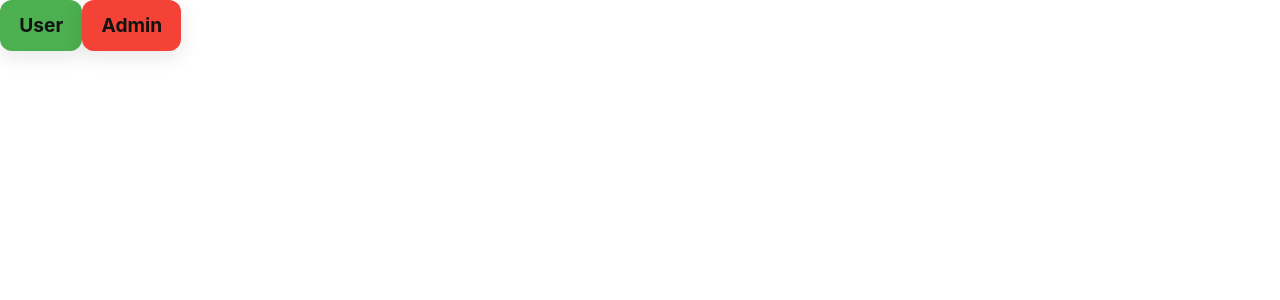
Repository: User826/Recipe
Page: /useradmin (app in recipe_project/)
An editor plug-in stored every save of this project. The page is shown before and after the next save, followed by the edit.
The browser window is 1280 px wide. The pictures show the whole page.
The project was rebuilt for these pictures with package versions that can differ from the ones it lists, and the page was loaded fresh each time. The framework's server and built-in components were replaced by stand-ins that run in the browser. Also part of the build but not shown: recipe_project/next.config.js, recipe_project/pages/users.module.css, recipe_project/components/users.js.

Above is the page before, as saved 2023-06-01 04:43:21.

### recipe_project/pages/useradmin.js
import { useState } from "react";
import {UserButton, AdminButton} from "../components/websitebuttons"
import Post from "../components/users"



export default function Useradmin() {
    const [isLoggedIn, setIsLoggedIn] = useState("");

    function handleLoginClick() {
        //this.setState({isLoggedIn: true});
        setIsLoggedIn("user")
      };

    function handleLogoutClick() {
        //this.setState({isLoggedIn: false});
        setIsLoggedIn("admin")
      }


    const isLoggedInVariable = isLoggedIn;
    let button;

    // if (isLoggedInVariable) {
    //     button = <LogoutButton onClick={handleLogoutClick} />;
    // } else {
    //     button = <LoginButton onClick={handleLoginClick} />;
    // }

    console.log(isLoggedInVariable)

    if (isLoggedInVariable == ""){
        return <div>
        {/* <Post></Post> */}
        <UserButton onClick ={handleLoginClick}/>
        <AdminButton onClick = {handleLogoutClick}/>

    </div>
    }
    else if (isLoggedInVariable == "user"){
        return <div>
                    <p>You are a user!</p>
                    <p>Or are you an admin? <AdminButton onClick = {handleLogoutClick}> </AdminButton></p>
                </div>

                // <UserButton onClick = {handleLoginCLick}> </UserButton>

    }
    else if (isLoggedInVariable == "admin"){
        return  <div>
                    <p>You are an admin!</p>
                    <p>Or are you a user? <UserButton onClick = {handleLoginClick}> </UserButton></p>
                </div>

    }

    // return <div>
    //     {/* <Post></Post> */}
    //     <UserButton onClick ={handleLoginClick}/>
    //     <AdminButton onClick = {handleLoginClick}/>

    // </div>
  }

### recipe_project/components/websitebuttons.js
import styles from "../pages/useradmin.module.css"

function UserButton(props) {
    return (
      <button className = {styles.user} onClick={props.onClick}>
        User
      </button>
    );
  }

  function AdminButton(props) {
    return (
      <button className = {styles.admin} onClick={props.onClick}>
        Admin
      </button>
    );
  }

  export {UserButton, AdminButton}

### recipe_project/pages/useradmin.module.css
/* .user{
  background-color: #4CAF50;
  border: none;
  color: white;
  padding: 15px 32px;
  text-align: center;
  text-decoration: none;
  display: inline-block;
  font-size: 16px;
}

.admin{
  background-color: #f44336;
  border: none;
  color: white;
  padding: 15px 32px;
  text-align: center;
  text-decoration: none;
  display: inline-block;
  font-size: 16px;
} */


.user {
  align-items: center;
  background-color: #4CAF50;
  border-radius: 12px;
  box-shadow: transparent 0 0 0 3px,rgba(18, 18, 18, .1) 0 6px 20px;
  box-sizing: border-box;
  color: #121212;
  cursor: pointer;
  display: inline-flex;
  flex: 1 1 auto;
  font-family: Inter,sans-serif;
  font-size: 1.2rem;
  font-weight: 700;
  justify-content: center;
  line-height: 1;
  margin: 0;
  outline: none;
  padding: 1rem 1.2rem;
  text-align: center;
  text-decoration: none;
  transition: box-shadow .2s,-webkit-box-shadow .2s;
  white-space: nowrap;
  border: 0;
  user-select: none;
  -webkit-user-select: none;
  touch-action: manipulation;
}

.user:hover {
  box-shadow: #121212 0 0 0 3px, transparent 0 0 0 0;
}

.admin {
  align-items: center;
  background-color: #f44336;
  border-radius: 12px;
  box-shadow: transparent 0 0 0 3px,rgba(18, 18, 18, .1) 0 6px 20px;
  box-sizing: border-box;
  color: #121212;
  cursor: pointer;
  display: inline-flex;
  flex: 1 1 auto;
  font-family: Inter,sans-serif;
  font-size: 1.2rem;
  font-weight: 700;
  justify-content: center;
  line-height: 1;
  margin: 0;
  outline: none;
  padding: 1rem 1.2rem;
  text-align: center;
  text-decoration: none;
  transition: box-shadow .2s,-webkit-box-shadow .2s;
  white-space: nowrap;
  border: 0;
  user-select: none;
  -webkit-user-select: none;
  touch-action: manipulation;
}

.admin:hover {
  box-shadow: #121212 0 0 0 3px, transparent 0 0 0 0;
}

Loaded but not shown: recipe_project/pages/_app.js (common file); recipe_project/styles/globals.css (common file)

After the next save:
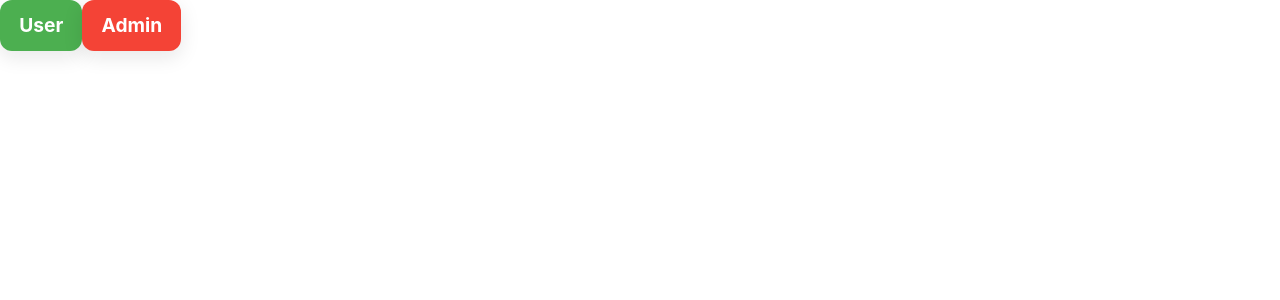
Saved 3 min 27 s later.
--- a/recipe_project/pages/useradmin.module.css
+++ b/recipe_project/pages/useradmin.module.css
@@ -27,7 +27,7 @@
   border-radius: 12px;
   box-shadow: transparent 0 0 0 3px,rgba(18, 18, 18, .1) 0 6px 20px;
   box-sizing: border-box;
-  color: #121212;
+  color: #fff;
   cursor: pointer;
   display: inline-flex;
   flex: 1 1 auto;
@@ -59,7 +59,7 @@
   border-radius: 12px;
   box-shadow: transparent 0 0 0 3px,rgba(18, 18, 18, .1) 0 6px 20px;
   box-sizing: border-box;
-  color: #121212;
+  color: #fff;
   cursor: pointer;
   display: inline-flex;
   flex: 1 1 auto;
